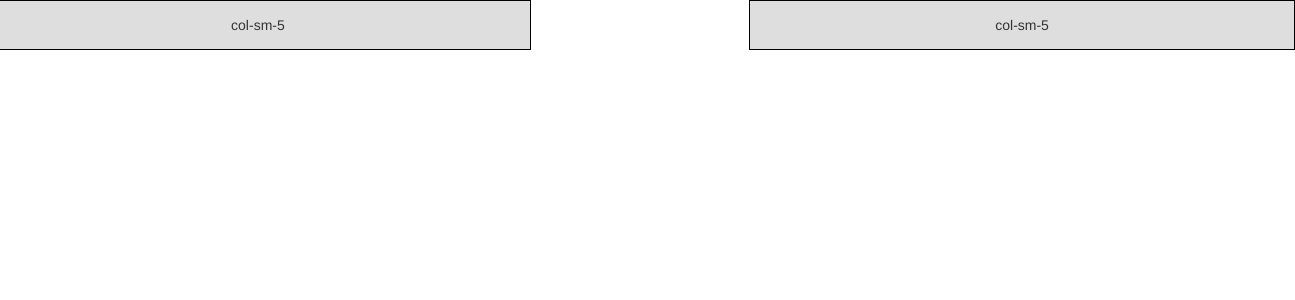
Repository: mihanayano/kadai-monolist
Page: bootstrap_lesson.html
The author's editor kept a record of every edit. The page is drawn from the files as they stood at one moment, then again after the next edit.
The browser window is 1280 px wide. The page is 1295 px wide, so the pictures cover 1295 px, including what lies to the right of the window. The pictures show the whole page.

Above is the page before.

### bootstrap_lesson.html
<!DOCTYPE html>
<html>
    <head>
        <meta charset="utf-8">
        <meta http-equiv="X-UA-Compatible" content="IE=edge">
        <meta name="viewport" content="width=device-width, initial-scale=1">


        <title>Grid System Test</title>

        <!-- Bootstrap CSS-->
        <link rel="stylesheet" href="https://maxcdn.bootstrapcdn.com/bootstrap/3.3.7/css/bootstrap.min.css">
        <!-- jQuery -->
        <script src="https://ajax.googleapis.com/ajax/libs/jquery/1.12.4/jquery.min.js"></script>
        <!-- Bootstrap JavaScript-->
        <script src="https://maxcdn.bootstrapcdn.com/bootstrap/3.3.7/js/bootstrap.min.js"></script>

        <style>
            .row div {
                border: 1px solid #000;
                padding: 1em;
                text-align: center;
                background-color: #dedede;
            }

        </style>

    </head>
    <body>
    <div class="row">
        <div class="col-sm-5">col-sm-5</div>
        <div class="col-sm-offset-2 col-sm-5">col-sm-5</div>
    </div>

</html>

### bootstrap_lesson.css
body {
  background-color: #000;
}

@media (min-width: 500px) {
    /* style applied if window's width is 500px or more */
    body {
        background-color: #f00;
    }
}

@media (min-width: 750px) {
    /* style applied if window's width is 750px or more */
    body {
        background-color: #0f0;
    }
}

@media (min-width: 1000px) {
    /* style applied if window's width is 1000px or more */
    body {
        background-color: #00f;
    }
}

After the next edit:
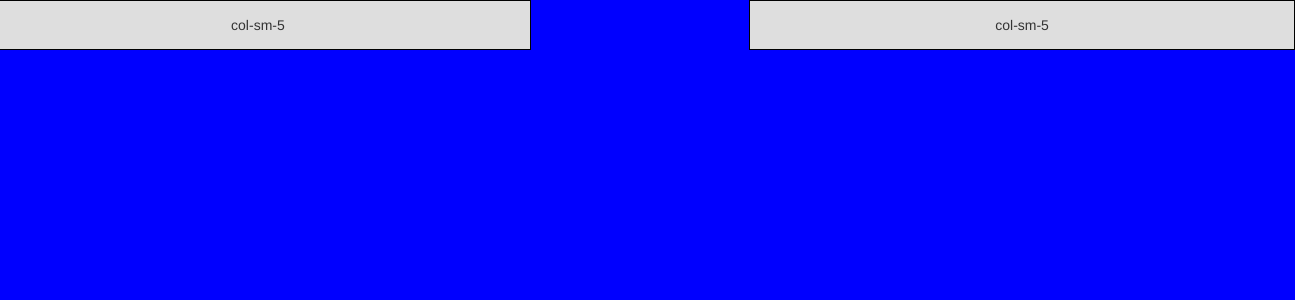
The edit:
--- a/bootstrap_lesson.html
+++ b/bootstrap_lesson.html
@@ -15,6 +15,8 @@
         <!-- Bootstrap JavaScript-->
         <script src="https://maxcdn.bootstrapcdn.com/bootstrap/3.3.7/js/bootstrap.min.js"></script>
 
+
+        <link rel="stylesheet" href="bootstrap_lesson.css">
         <style>
             .row div {
                 border: 1px solid #000;
